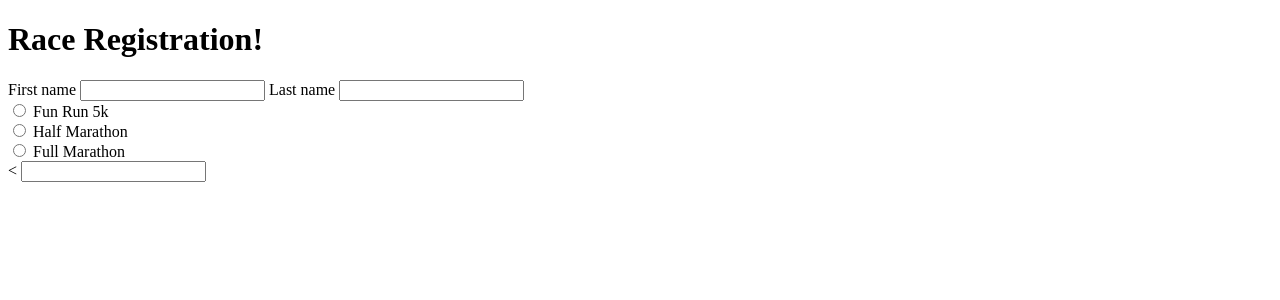
Repository: zhFIsHappy/UdemyFullStack
Page: marathonForm.html
These files come from the project's save history. The page is drawn as it stood at one moment and after a run of saves; the edit follows.
The browser window is 1280 px wide. The pictures show the whole page.

Above is the page before, as saved 2021-12-30 21:09:39.

After the next 2 saves:
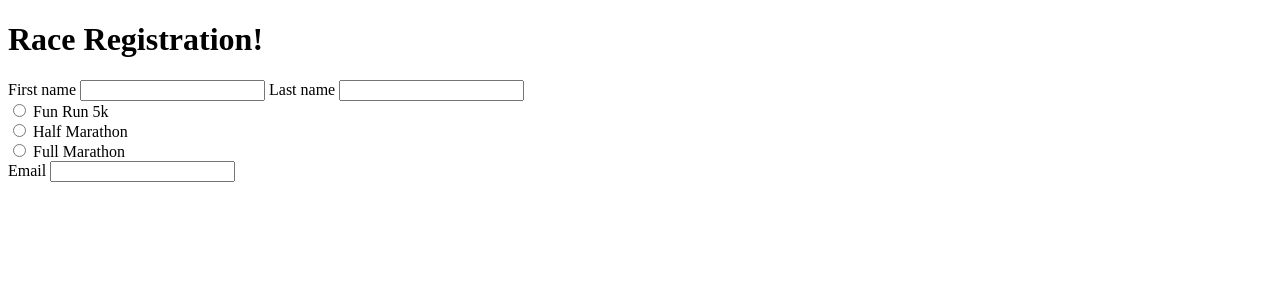
The 2 saves are shown as one change because they came seconds apart.
The last was saved 10 s later.
--- a/marathonForm.html
+++ b/marathonForm.html
@@ -28,7 +28,7 @@
             <label for="full">Full Marathon</label>
         </div>
         <div>
-            <
+            <label for="email">Email</label>
             <input type = "email" name = "email" id = "email">
         </div>
     </form>
